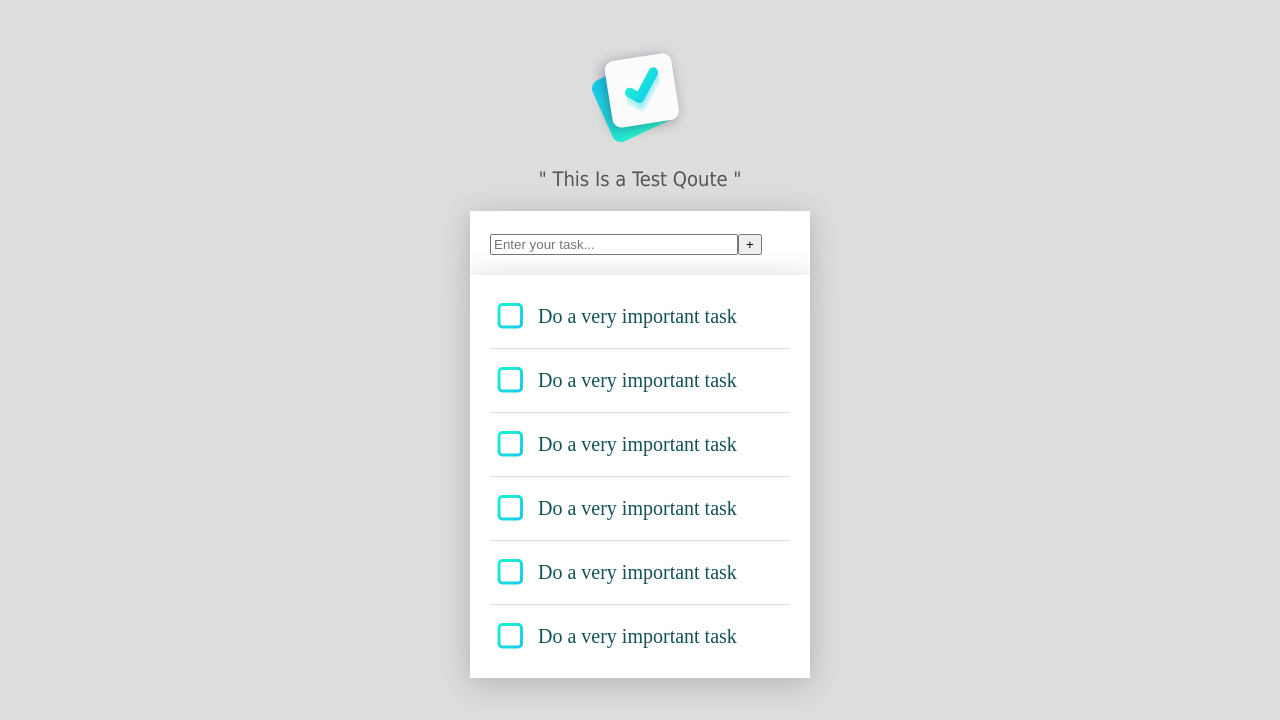
Repository: ahmedhamed15/React-Todo
Page: /
These files come from the project's save history. The page is drawn as it stood at one moment and after the next save; the edit follows.
The browser window is 1280 px wide. The pictures show the whole page.
The project was rebuilt for these pictures with package versions that can differ from the ones it lists, and the page was loaded fresh each time.

Above is the page before, as saved 2021-07-26 14:50:41.

After the next save:
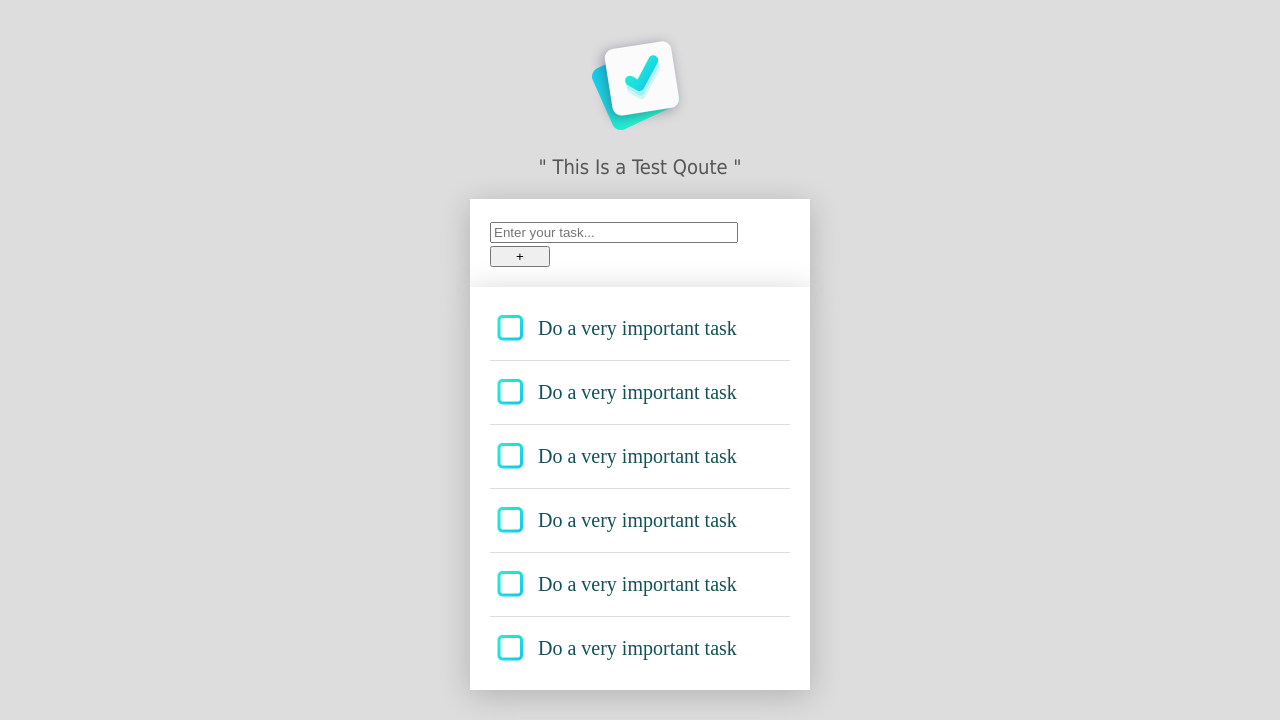
Saved 10 s later.
--- a/src/components/Todos/TodoForm/style.scss
+++ b/src/components/Todos/TodoForm/style.scss
@@ -9,6 +9,6 @@
         width: 80%;
     }
     .todo-form__button-type {
-
+        width: 20%
     }
 }
